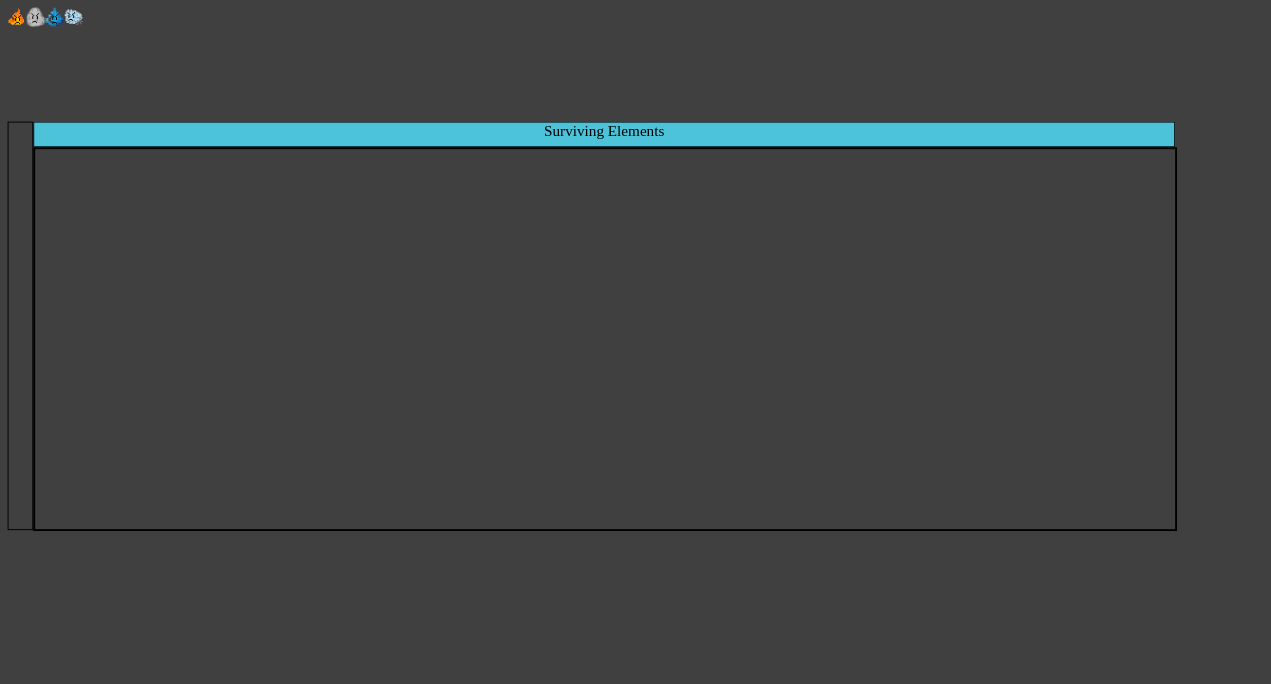
Repository: Pabloitto/Surviving-elements
Page: Surviving-Elements/index.html
The author's editor kept a record of every edit. The page is drawn from the files as they stood at one moment, then again after the next edit.
The browser window is 1280 px wide. The page is 1280 px wide, then 1338 px, so the pictures cover 1338 px, including what lies to the right of the window. The pictures show the whole page, at 95% of full size.

Above is the page before.
Console error: ReferenceError: Shape is not defined

### Surviving-Elements/index.html
<!DOCTYPE html>
<html>
<head>
  <meta charset="utf-8">
  <title>Surviving Elements</title>
  <link rel="stylesheet" type="text/css" href="css/styles.css">
</head>
<body>
  <div align="center" class="spriteElements"></div>
    <div id="divGame">
   		<div class="elements" style="height:100px;">
    		<div id="current"></div>
    		<div id="score"></div>
    		<div id="time"></div>
    		<div id="txtlevel"></div>
    		<div id="txtenemies"></div>
     	</div>
     	<div>
       	<canvas id="progresscanvas" class="progresscanvas"></canvas>
  			<div class="top">Surviving Elements</div>
        <canvas id="canvas" class="maincanvas" style="border:2px solid #000000;"></canvas>
      </div>
    </div>
</body>
<script type="text/javascript" src="core/main.js"></script>
<script type="text/javascript" src="dom/domtools.js"></script>
<script type="text/javascript" src="collitions/collitionTools.js"></script>
<script type="text/javascript" src="core/utils/imagesfactory.js"></script>
<script type="text/javascript" src="core/utils/soundsfactory.js"></script>
<script type="text/javascript" src="listeners/keyevent.js"></script>
<script type="text/javascript" src="listeners/mouseevent.js"></script>
<script type="text/javascript" src="models/shape.js"></script>
<script type="text/javascript" src="models/progressbar.js"></script>
<script type="text/javascript" src="models/bg.js"></script>
<script type="text/javascript" src="models/particle.js"></script>
<script type="text/javascript" src="models/explosion.js"></script>
<script type="text/javascript" src="models/element.js"></script>
<script type="text/javascript" src="models/cursor.js"></script>
<script type="text/javascript" src="models/bullet.js"></script>
<script type="text/javascript" src="models/energybar.js"></script>
<script type="text/javascript" src="models/hero.js"></script>
<script type="text/javascript" src="models/enemy.js"></script>
<script type="text/javascript" src="core/game.js"></script>
<script type="text/javascript" src="painters/herodrawable.js"></script>
<script type="text/javascript" src="painters/explosiondrawable.js"></script>
<script type="text/javascript" src="painters/bulletdrawable.js"></script>
<script type="text/javascript" src="painters/energybardrawable.js"></script>
<script type="text/javascript" src="painters/enemydrawable.js"></script>
<script type="text/javascript" src="painters/backgrounddrawable.js"></script>
<script type="text/javascript" src="painters/progressbardrawable.js"></script>
</html>

### Surviving-Elements/css/styles.css
canvas {cursor: none;}
body{
	background-color:#404040;
}
.Water{background-color: #0180CA;}
.Ground{background-color: #655619;}
.Wind{background-color: #00FF00;}
.Fire{background-color: #CA0F01;}
.spriteElements {
	background-image: url('../resources/img/sprite_elements.png');
	background-color: transparent; background-repeat: no-repeat;
	height:20px;
}
.fire { width: 20px; height: 20px; background-position: 0px 0px; }
.rock { width: 20px; height: 20px; background-position: -20px 0px; }
.water { width: 20px; height: 20px; background-position: -40px 0px; }
.wind { width: 20px; height: 20px; background-position: -60px 0px; }
.center{
	margin-top:1%;
	margin-left:10%;
}
.elements{
	text-align: center;
}
.maincanvas{
	float:left;
	width:1200px;
	height:400px;
}
.progresscanvas{
	border:solid 1px;
	float:left;
	width:25px;
	height:428px;
}
.top{
	border:solid 1px;
	background-color:#4CC3D9;
	text-align: center;
	float:left;
	width:1200px;
	height:25px;
}
.elements > div{
	color:white;
}

### Surviving-Elements/core/main.js
window.$ = {};
$.es = '';
$.elements= ['Water','Ground','Fire','Wind'];
$.PI2 = Math.PI * 2;
window.onload = function(){
    $.Game();
};

### Surviving-Elements/collitions/collitionTools.js
$.intersect = function(a,b){
    return (Math.abs(a.x - b.x) < (a.width + b.width) / 2) &&
        	(Math.abs(a.y - b.y) < (a.height + b.height) / 2);
};
$.intersectWithArray = function(o,elements){
    var r = 0;
	for (var i = 0; i < elements.length; i++) {
		if($.intersect(o,elements[i])){
			r = {e : elements[i] , i : i};
			break;
		}
	}
	return r;
};

### Surviving-Elements/core/utils/soundsfactory.js
$.SoundsFactory=(function(){
    var path = 'resources/sounds/',
        ext = '.wav',
        loaded = {};

    function play(name,loop){
        var audio = null;
        if(!loaded[name + ext]){
            audio = new Audio(path + name + ext);
            loaded[name + ext] = audio;
        }else{
            audio = loaded[name + ext];
        }
        if(loop){
            audio.loop = true;
        }
        audio.play();
    }
    function stop(name){
        var audio = loaded[name + ext];
        if(audio){
            audio.pause();
            audio.currentTime = 0;
        }
    }
    return {
        play : play,
        stop : stop
    }
}())

### Surviving-Elements/listeners/keyevent.js
$.KEY_CODES = {
        UP : 38,
        DOWN : 40,
        LEFT: 37,
        RIGHT:39,
        R : 114,
        r : 82
};
$.KeyEventListener=function(o){
    var keys = [];

    function init(){
        bindEvents();
    }

    function bindEvents(){
        o.element.addEventListener('keyup',onKeyUp,false);
        o.element.addEventListener('keydown',onKeyDown,false);
    }

    function onKeyDown(e){
		keys[e.keyCode] = 1;
		if(e.keyCode === $.KEY_CODES.r || e.keyCode === $.KEY_CODES.R){
		    o.keyPress();
		}
	}
	function onKeyUp(e){
		keys[e.keyCode] = 0;
	}
    function getKeys(){
        return keys;
    }

    init();

    return {
        getKeys : getKeys
    };
};

### Surviving-Elements/listeners/mouseevent.js
MouseEventListener=function(o){
    function init(){
        bindEvents();
    }

    function bindEvents(){
        o.element.addEventListener('mousemove',onMouseMove,false);
        o.element.addEventListener('mousedown',onMouseClick,false);
        o.element.addEventListener('contextmenu',onOpenContext,false);
    }
    function onMouseMove(e){
		var x = getFixedX(e),
			y = getFixedY(e);
		o.onMouseMove(x,y);
	}
    function onMouseClick(e){
		var x = getFixedX(e),
			y = getFixedY(e);
		o.onClick(x,y,e.button);
	}
	function onOpenContext(event){
        event.preventDefault();
    }
	function getFixedX(e){
		return e.clientX - o.element.offsetLeft;
	}
	function getFixedY(e){
		return e.clientY - o.element.offsetTop;
	}
    init();
};

### Surviving-Elements/models/shape.js
$.Shape = (function () {
	function Shape() {}
	Shape.prototype.speed = 1;
	Shape.prototype.x = 10;
	Shape.prototype.y = 10;
	Shape.prototype.width = 32;
	Shape.prototype.height = 32;
	Shape.prototype.vy = 0;
	Shape.prototype.vx = 0;
	Shape.prototype.id = '';
	Shape.prototype.calculateAngle = function(xTarget , yTarget){
		return Math.atan2(yTarget - this.y, xTarget - this.x) * 180 / Math.PI;
	}
	Shape.prototype.calculateDirection = function(vectors){
		var angle = this.calculateAngle(vectors.target.x,vectors.target.y),
			radians = angle * Math.PI/ 180;
		this.vx = Math.cos(radians) * this.speed;
	    this.vy = Math.sin(radians) * this.speed;
	}
	Shape.prototype.generateId=function(){
		var result='', i, j;
		for(j=0; j<32; j++) {
			if( j == 8 || j == 12|| j == 16|| j == 20){
		    	result = result + '-';
		    }
			i = Math.floor(Math.random()*16).toString(16).toUpperCase();
		    result = result + i;
		}
		return result;
	}
	return Shape;
})();

### Surviving-Elements/models/bg.js
Bg= (function(shape){
	function Bg(w,h){
		this.x = 0;
		this.y = 0;
		this.width = w;
		this.height = h;
		this.spd = 1;
	}
	Bg.prototype = Object.create(shape.prototype);
	Bg.prototype.move = function(k){
		if (k[38]) {
			if(this.y > 0){
				this.y -= this.spd;
			}
	    }
	    if (k[40]) {
	    	if(this.y < this.height){
				this.y += this.spd;
			}
	    }
	    if (k[39]) {
	    	if(this.x < this.width){
				this.x += this.spd;
			}
	    }
	    if (k[37]) {
	    	if(this.x > 0){
				this.x -= this.spd;
			}
	    }
	}
	Bg.prototype.getImage = function(){
		return ImageFactory.getImg('bg');
	}
	return Bg;
})(Shape);

### Surviving-Elements/models/particle.js
$.Particle= (function(shape){
	var moveBy = 10;
	function Particle(cX,cY){
		this.x = cX;
		this.y = cY;
		this.radius = 1.0;
		this.vx = (-this.radius * (moveBy / 2)) + Math.random() * moveBy;
		this.vy = Math.random() * moveBy;
	}
	Particle.prototype = Object.create(shape.prototype);
	Particle.prototype.move = function(){
		this.x += this.vx;
		this.y += this.vy;
		this.radius = Math.max(this.radius - 0.05, 0.0);
	}
	return Particle;
})($.Shape);

### Surviving-Elements/models/explosion.js
$.Explosion = (function(shape){
	function Explosion(){
		this.x = 0;
		this.y = 0;
		this.particles = [];
		this.length = 40;
		this.isExploting = 0;
	}
	Explosion.prototype.explote = function(){
		if(this.isExploting){
			for(var k = 0; k < this.length; k++) {
				this.particles.push(new $.Particle(this.x,this.y));
			}
		}
	};
	Explosion.prototype.create = function(x,y,color){
		this.x = x;
		this.y = y;
		this.color = color;
		this.isExploting = 1;
	};
	return Explosion;
})($.Shape);

### Surviving-Elements/models/element.js
$.Element = function(){
	return {
		getRandomElement : function(){
			var	r = Math.floor(Math.random()*($.elements.length)),
				e = $.elements[r];
			return this.types[e];
		},
		types : {
			Water : {
				name : 'Water',
				sprite : $.Sprite.getSprite('sprite_elements',{x : 40 , y : 0})
			},
			Fire : {
				name : 'Fire',
				sprite : $.Sprite.getSprite('sprite_elements',{x : 0 , y : 0})
			},
			Ground : {
				name : 'Ground',
				sprite : $.Sprite.getSprite('sprite_elements',{x : 20 , y : 0})
			},
			Wind :{
				name : 'Wind',
				sprite : $.Sprite.getSprite('sprite_elements',{x : 60 , y : 0})
			}
		},
		getWinner:function(e1,e2){
			return {
				'Water' : e2.element.name === 'Fire' ? e1 : null,
				'Fire' : e2.element.name === 'Ground' ? e1 : null,
				'Ground' : e2.element.name === 'Wind' ? e1 : null,
				'Wind' : e2.element.name === 'Water' ? e1 : null
			}[e1.element.name];
		},
		compare:function(e1 , e2){
			if(e1.element.name === e2.element.name){
				return 0;
			}
			switch (e1.element.name) {
				case 'Fire':
					return e2.element.name === 'Ground' ? 1 : -1;
				case 'Water':
					return e2.element.name === 'Fire' ? 1 : -1;
				case 'Ground':
					return e2.element.name === 'Wind' ? 1 : -1;
				case 'Wind':
					return e2.element.name === 'Water' ? 1 : -1;
			}
		}
	}
};

### Surviving-Elements/models/cursor.js
$.Cursor = (function (shape) {
	function Cursor() {
		this.color = '#614126';
	}
	Cursor.prototype = Object.create(shape.prototype);
	Cursor.prototype.move = function(e){
		this.x = e.x;
		this.y = e.y;
	};
	Cursor.prototype.getImage = function(){
		return $.ImageFactory.getImg('pointer');
	};
	return Cursor;
})($.Shape);

### Surviving-Elements/models/bullet.js
$.Bullet = (function (shape) {
	var vectors = null;
	function Bullet(v) {
		vectors = v;
		this.speed = 50;
		this.x = vectors.origin.x;
		this.y = vectors.origin.y;
		this.size = 3;
		this.element = $.es;
		this.color = this.element.color;
		this.calculateDirection(vectors);
	}
	Bullet.prototype = Object.create(shape.prototype);
	Bullet.prototype.move = function(){
		this.x += this.vx;
		this.y += this.vy;
	};
	return Bullet;

})($.Shape);

### Surviving-Elements/models/energybar.js
$.EnergyBar = (function (shape) {
	function EnergyBar(model) {
		this.x = model.x;
		this.y = model.y - (this.height * 4);
		this.width = (model.health) * 10;
		this.height = 5;
		this.strokeColor = "black";
		this.fillColor = "red";
	}
	EnergyBar.prototype = Object.create(shape.prototype);
	EnergyBar.prototype.move = function(model){
		this.x = model.x;
		this.y = model.y - (this.height * 4);
	};
	return EnergyBar;
})($.Shape);

### Surviving-Elements/models/hero.js
$.Hero = (function (shape) {
	function Hero(pX , pY) {
		this.x = pX / 2;
		this.y = pY / 2;
		this.health = 5;
		this.bullets = [];
		this.spd = 5;
		this.angle = 0;
		this.frame = 1;
		this.underFire = 0;
		this.cH=pY;
		this.cW=pX;
		this.energybar = new $.EnergyBar(this);
	}
	Hero.prototype = Object.create(shape.prototype);
	Hero.prototype.shot = function(e){
		this.frame = 0;
		var bullet = new $.Bullet({
			origin : {x : this.x + (this.width / 2) , y : this.y + (this.height / 2)},
			target : {x : e.x , y : e.y}
		});
		if(this.bullets.length === 0){
			this.underFire = 1;
			this.bullets.push(bullet);
		}
	};
	Hero.prototype.getImage = function(){
		return $.ImageFactory.getImg('sprites');
	};
	Hero.prototype.move = function(k,cb){
		if (k[$.KEY_CODES.UP]) {
			if((this.y - this.height / 2) > 0){
				this.y -= this.spd;
				if(!this.underFire){
					this.updateFrame();
				}
			}
	    }
	    if (k[$.KEY_CODES.DOWN]) {
	    	if(this.y < (this.cH - this.height / 2)){
				this.y += this.spd;
				if(!this.underFire){
					this.updateFrame();
				}
	    	}
	    }
	    if (k[$.KEY_CODES.RIGHT]) {
	    	if(this.x < (this.cW - this.width / 2)){
				this.x += this.spd;
				if(!this.underFire){
					this.updateFrame();
				}
	    	}
	    }
	    if (k[$.KEY_CODES.LEFT]) {
	    	if((this.x - this.width / 2) > 0){
				this.x -= this.spd;
				if(!this.underFire){
					this.updateFrame();
				}
	    	}
	    }
	    if(!k[$.KEY_CODES.UP] && !k[$.KEY_CODES.DOWN]&& !k[$.KEY_CODES.LEFT] && !k[$.KEY_CODES.RIGHT]){
	    	if(!this.underFire){
	    		this.frame = 1;
	    	}
	    }else{
	    	cb(k);
	    }
	    this.energybar.move(this);
	};
	Hero.prototype.isAlive = function(){
		return this.health > 0;
	};
	Hero.prototype.updateFrame = function(){
		this.frame = this.frame <= 2 ? this.frame + 1 : 1;
	}
	return Hero;
})($.Shape);

### Surviving-Elements/models/enemy.js
$.Enemy = (function(shape){
	function Enemy(v){
		this.vectors = v;
		this.x = this.vectors.origin.x;
		this.y = this.vectors.origin.y;
		this.element = new $.Element().getRandomElement();
		this.sprite = this.element.sprite;
		this.color = this.element.color;
		this.health = 0;
		this.speed = 1;
		this.maxHealth = 5;
		this.calculateDirection(this.vectors);
		this.id = this.generateId();
		this.isInCollision = 0;
		this.energybar = new $.EnergyBar(this);
		this.width = 20;
		this.height = 20;
	}
	Enemy.prototype = Object.create(shape.prototype);
	Enemy.prototype.move = function(oposite){
		if(this.isInCollision && oposite){
			this.vx = -this.vx;
			this.vy = -this.vy;
		}
		this.x += this.vx;
		this.y += this.vy;
		this.energybar.move(this);
	}
	Enemy.prototype.hurt = function(){
		this.health-=1;
	}
	Enemy.prototype.powerup = function(e){
		this.speed += 0.1;
		if(this.health < this.maxHealth){
			this.health += 1;
		}
	}
	Enemy.prototype.isAlive = function(){
		return this.health > 0;
	}
	return Enemy;
})($.Shape);

### Surviving-Elements/painters/herodrawable.js
$.HeroDrawable = function(h){
    var hero;
    function init(){
        hero = h;
    }
    function draw(ctx){
        var sprite = hero.getSprite();
		ctx.save();
		ctx.clearRect(0, 0, hero.cW, hero.cW);
		ctx.translate(hero.x, hero.y);
		ctx.rotate(hero.angle * Math.PI/180);
		ctx.drawImage(sprite.image,
		        sprite.pos.x,
				sprite.pos.y,
				hero.width,
           		hero.height,
				-(hero.width/2),
				-(hero.height/2),
				hero.width,
           		hero.height);
		ctx.restore();
    }
    init();
    return {
        draw: draw
    }
};

### Surviving-Elements/painters/energybardrawable.js
$.EnergyBarDrawable = function(b){
    var bar;
    function init(){
        bar = b;
    }
    function draw(ctx,life){
        ctx.beginPath();
        ctx.strokeStyle = bar.strokeColor;
        ctx.rect(bar.x,bar.y,bar.width,bar.height);
        ctx.stroke();
        ctx.closePath();

        ctx.beginPath();
        ctx.fillStyle = bar.fillColor;
        ctx.fillRect(bar.x,bar.y,(life || 1) * 10 ,bar.height);
        ctx.closePath();
    }
    init();
    return {
        draw: draw
    }
};

### Surviving-Elements/painters/enemydrawable.js
$.EnemyDrawable = function(e){
    var enemy;
    function init(){
        enemy = e;
    }
    function draw(ctx){
        ctx.drawImage(enemy.sprite.image,
				enemy.sprite.pos.x,
				enemy.sprite.pos.y,
				enemy.width,
           		enemy.height,
				enemy.x,
				enemy.y,
				enemy.width,
           		enemy.height);
    }
    init();
    return {
        draw: draw
    }
};

### Surviving-Elements/painters/backgrounddrawable.js
$.BgDrawable = function(bg){
    var background;
    function init(){
        background = bg;
    }
    function draw(ctxBg,cW,cH){
       var img = background.getImage(),w=0,h =0;
	    for (; w<cW; w += background.width) {
	        for (;h<cH; h += background.height) {
	            ctxBg.drawImage(img, (w + background.x) - background.width , h + background.y);
	        }
	    }
		for (w=0; w<cW;w+=background.width) {
	        for (h=0; h < cH; h += background.height) {
	            ctxBg.drawImage(img, w + background.x, h + background.y);
	        }
	    }
	    for (w=0;w < cW; w += background.width) {
	        for (h=0; h < cH; h += background.height) {
	            ctxBg.drawImage(img, w + background.x, (h + background.y) - background.height);
	        }
	    }

    }
    init();
    return {
        draw: draw
    }
};

### Surviving-Elements/painters/progressbardrawable.js
$.ProgressBarDrawable = function(p){
    var pb;
    function init(){
        pb = p;
    }
    function draw(ctx, totalEnemies , countEnemies){
        ctx.fillStyle="#F16745";
        ctx.fillRect(pb.x,pb.y,pb.width,pb.height);
        var partial = (countEnemies * pb.height) / totalEnemies;
        ctx.fillStyle="#7BC8A4";
        ctx.fillRect(pb.x ,pb.width / 2,pb.width,-partial);
    }
    init();
    return {
        draw: draw
    }
};

Loaded but not shown: Surviving-Elements/core/game.js (280 lines, source omitted); Surviving-Elements/core/utils/imagesfactory.js (no copy from this time; the picture is the same without it); Surviving-Elements/dom/domtools.js (no copy from this time; the picture is the same without it); Surviving-Elements/models/progressbar.js (no copy from this time; the picture is the same without it); Surviving-Elements/painters/bulletdrawable.js (no copy from this time; the picture is the same without it); Surviving-Elements/painters/explosiondrawable.js (no copy from this time; the picture is the same without it)

After the next edit:
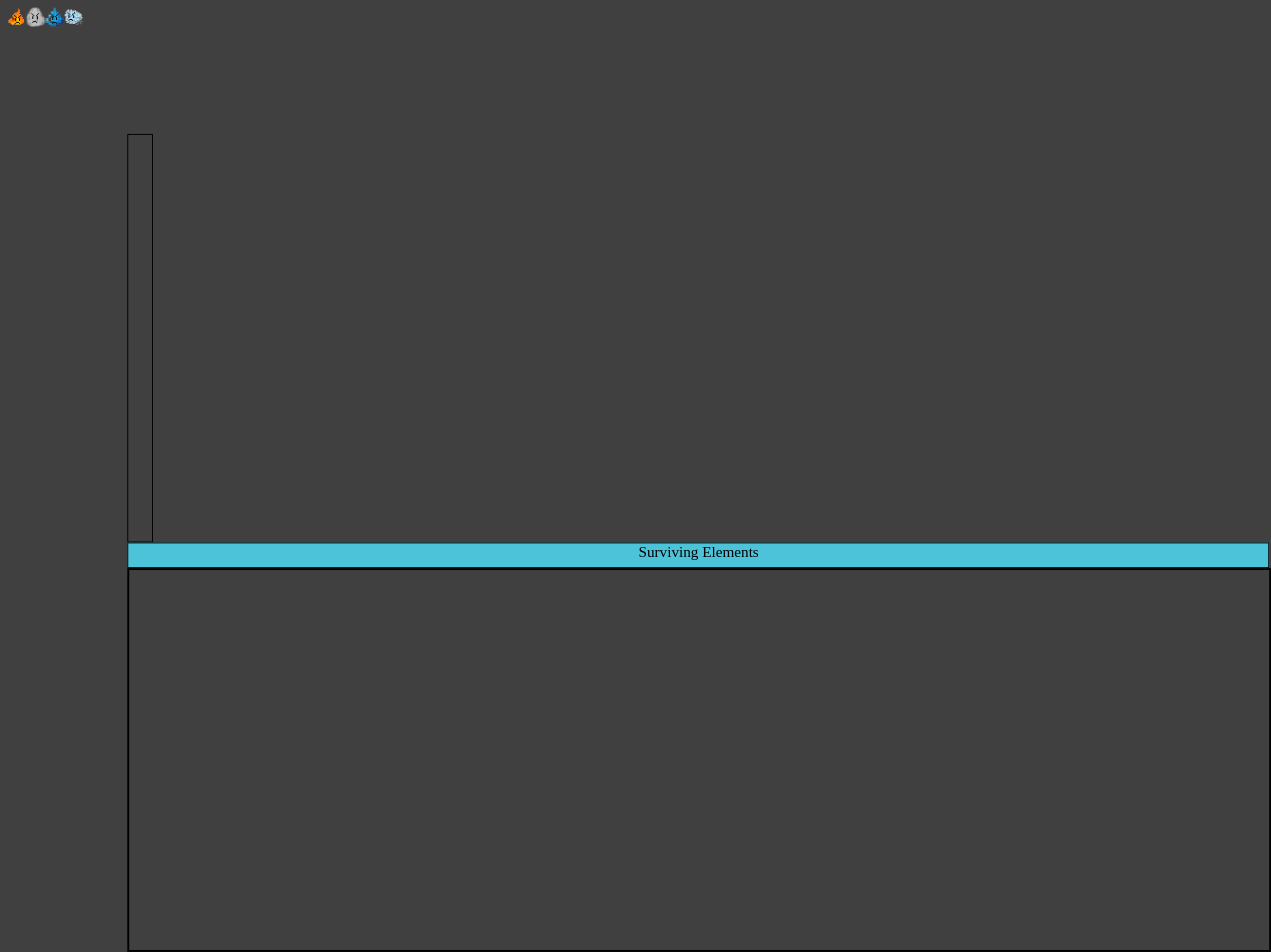
The edit:
--- a/Surviving-Elements/index.html
+++ b/Surviving-Elements/index.html
@@ -15,7 +15,7 @@
     		<div id="txtlevel"></div>
     		<div id="txtenemies"></div>
      	</div>
-     	<div>
+     	<div class="center">
        	<canvas id="progresscanvas" class="progresscanvas"></canvas>
   			<div class="top">Surviving Elements</div>
         <canvas id="canvas" class="maincanvas" style="border:2px solid #000000;"></canvas>
